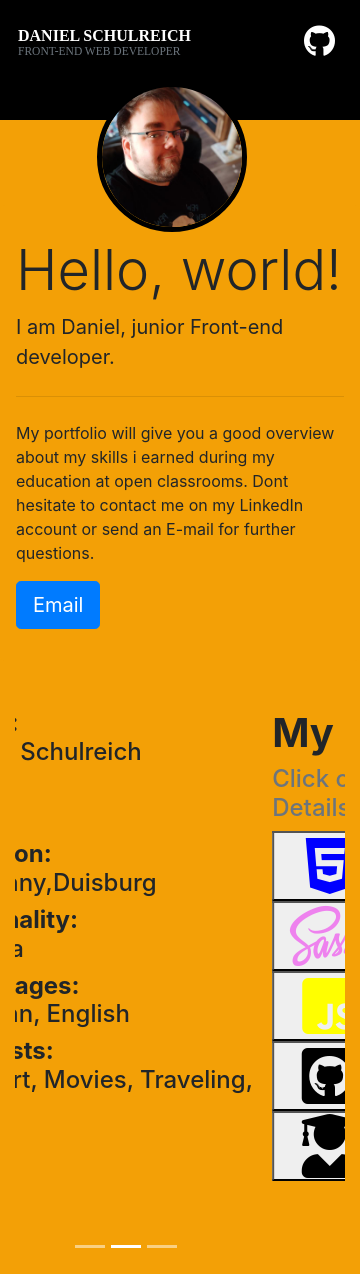
Repository: schulreich/my_portfolio
Page: index.html
These files come from the project's save history. The page is drawn as it stood at one moment and after the next save; the edit follows.
The browser window is 360 px wide. The pictures show the whole page.
Some web fonts or font styles are not loaded; a fallback is used. Some web libraries are served in a nearby version.

Above is the page before, as saved 2020-06-21 22:31:24.

After the next save:
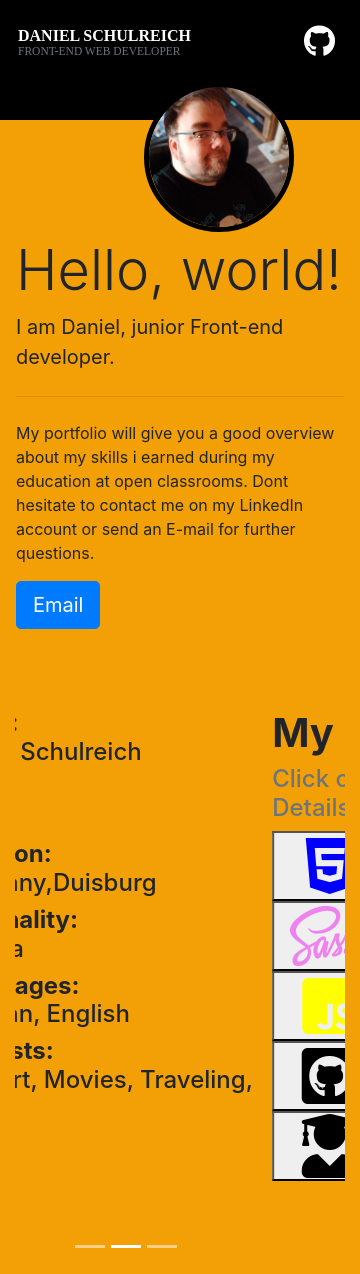
Saved 3 min 58 s later.
--- a/css/main.css
+++ b/css/main.css
@@ -25,7 +25,7 @@
 @media screen and (max-width: 768px){
   @keyframes mymove{
       0%   {left: 0%;}
-      100% {left: 27%;}
+      100% {left: 40%;}
   }
 }
 
@@ -213,6 +213,17 @@
   }
 }
 
+@media screen and (max-width: 360px){
+  .intro-section .rounded-circle {
+    position: absolute;
+    border: solid 5px black;
+    height: 150px;
+    width: 150px;
+    left: 25%;
+    top: -526px;
+  }
+}
+
 .intro-section .personal-information {
   position: relative;
   top: 100px;
